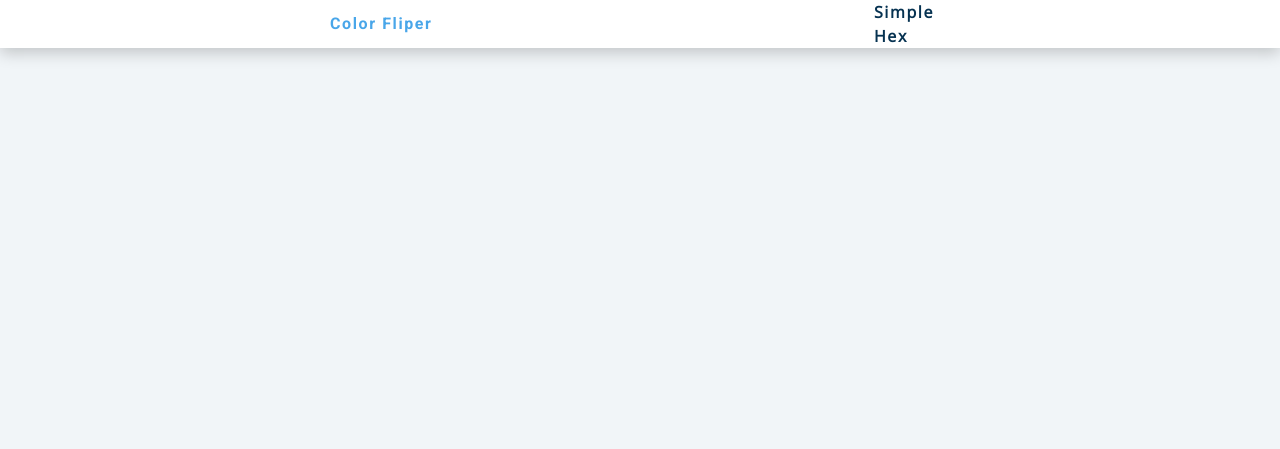
Repository: hseunghwan/practice-vanilla-javascript
Page: index.html
These files come from the project's save history. The page is drawn as it stood at one moment and after the next save; the edit follows.
The browser window is 1280 px wide. The pictures show the whole page.

Above is the page before, as saved 2023-05-08 22:15:50.

After the next save:
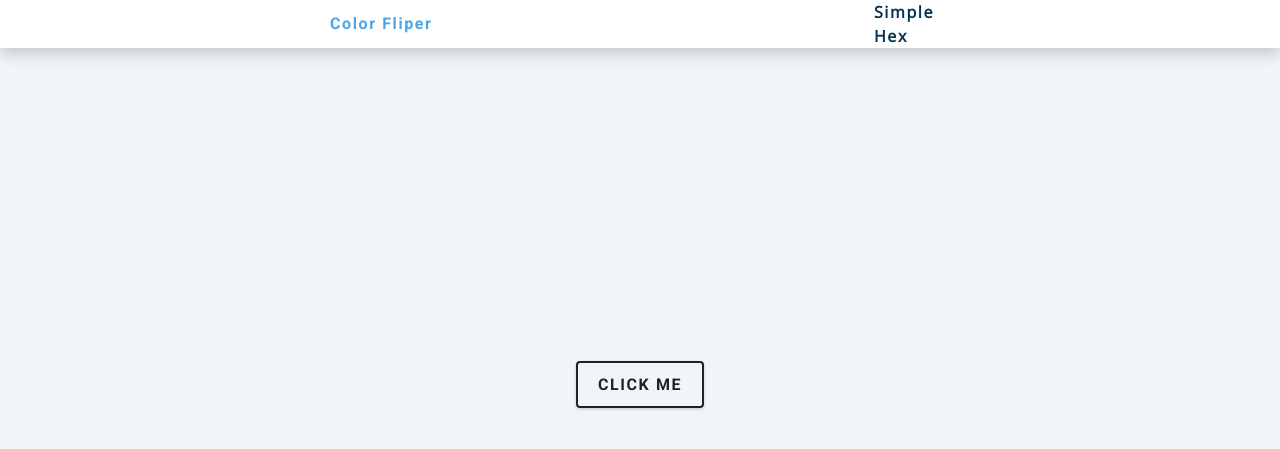
Saved 36 s later.
--- a/index.html
+++ b/index.html
@@ -20,7 +20,9 @@
             </div>
         </nav>
         <main>
-            <div class="container"></div>
+            <div class="container">
+                <button class="btn btn-hero" id="btn">click me</button>
+            </div>
         </main>
     </body>
 </html>
